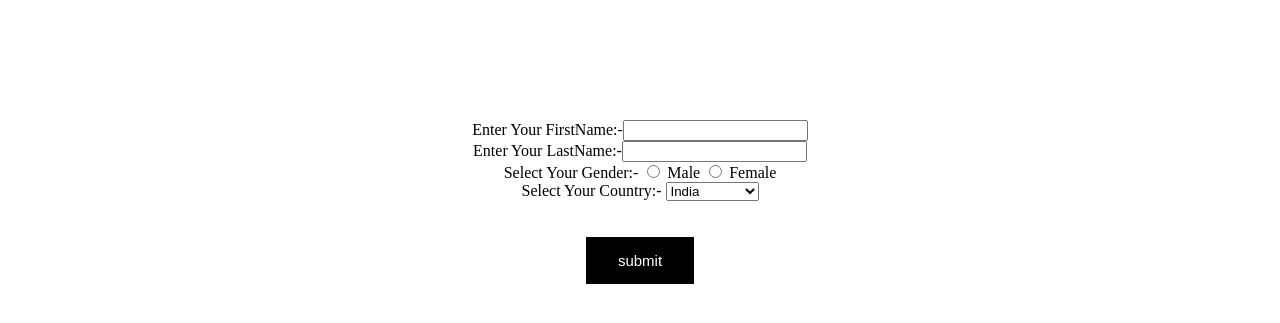
Repository: ErNitesh-d/java-program
Page: JAVA PROJECTS/ASSIGNMMENT_2/WebContent/index.html
The author's editor kept a copy of each file at every save. The page is drawn from the files as they stood at one save, then again after the next save.
The browser window is 1280 px wide. The pictures show the whole page.

Above is the page before, as saved 2022-09-03 15:38:27.

After the next save:
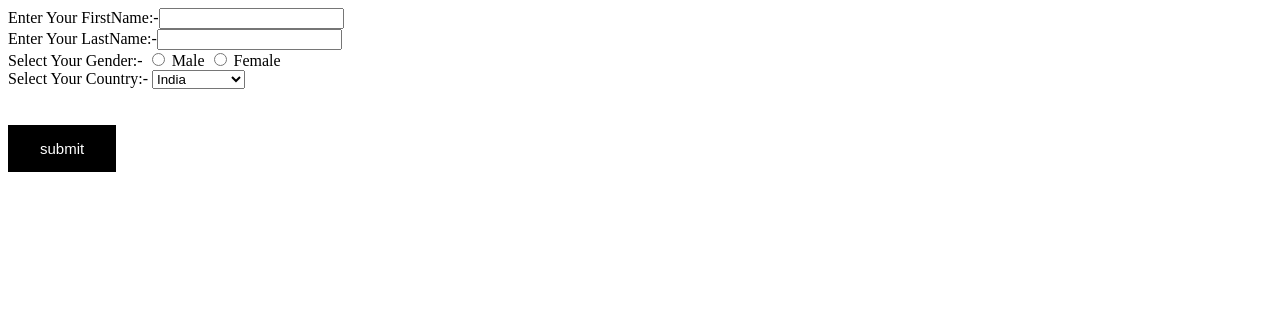
Saved 15 s later.
--- a/JAVA PROJECTS/ASSIGNMMENT_2/WebContent/index.html
+++ b/JAVA PROJECTS/ASSIGNMMENT_2/WebContent/index.html
@@ -2,13 +2,7 @@
 <!DocType html>
 <html>
 <body>
-<div style=" margin: auto;
-width: 75%;
-text-align: center;
-padding: 70px 0;
-border: 0px solid white;
-text-align: header;
-margin-top: 50px;">
+
 <form action="Hello" method="get">
 Enter Your FirstName:-<input type="text" name="FirstName"><br>
 Enter Your LastName:-<input type="text" name="LastName"><br>
